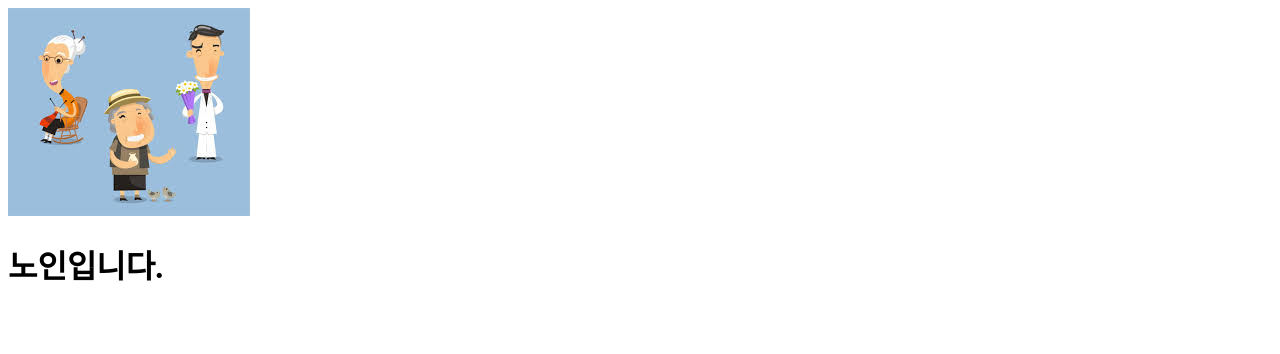
Repository: eyonghwan/jsp_practice
Page: http://localhost/JSPBasic/JspObject/4.objecttest/bus_senior.jsp
These files come from the project's save history. The page is drawn as it stood at one moment and after the next save; the edit follows.
The browser window is 1280 px wide. The pictures show the whole page.
The page is served by Tomcat 9.

Above is the page before, as saved 2022-02-07 05:48:14.

After the next save:
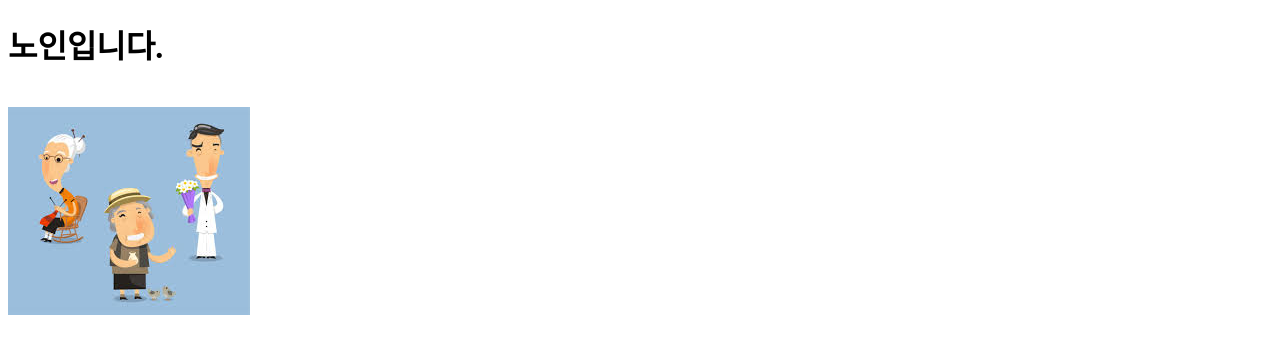
Saved 10 s later.
--- a/JSPBasic/src/main/webapp/JspObject/4.objecttest/bus_senior.jsp
+++ b/JSPBasic/src/main/webapp/JspObject/4.objecttest/bus_senior.jsp
@@ -7,7 +7,7 @@
 <title>노인</title>
 </head>
 <body>
-	<img src="repository/senior.jpg"><br/>
-	<h1>노인입니다.</h1>
+	<h1>노인입니다.</h1><br/>
+	<img src="repository/senior.jpg">
 </body>
 </html>
